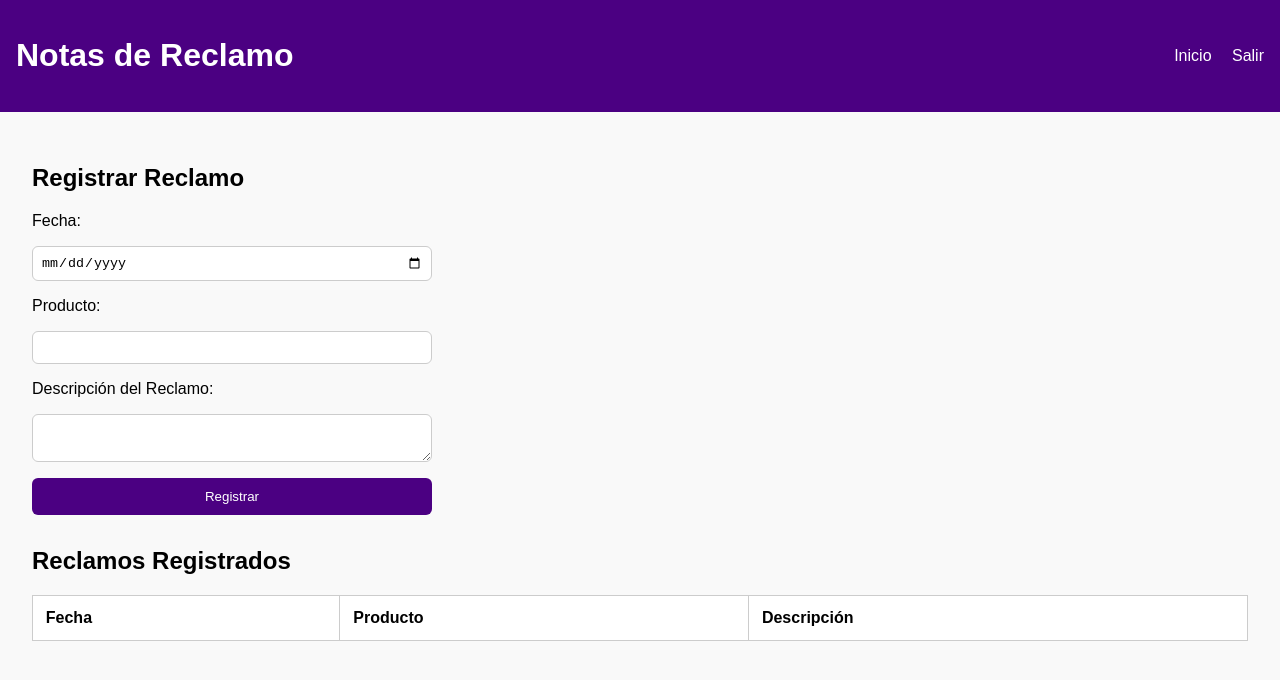
Repository: djkeviin/Mi-primera-chamba
Page: views/reclamos.html
These files come from the project's save history. The page is drawn as it stood at one moment and after the next save; the edit follows.
The browser window is 1280 px wide. The pictures show the whole page.

Above is the page before, as saved 2025-05-02 00:48:23.

### views/reclamos.html
<!DOCTYPE html>
<html lang="es">
<head>
  <meta charset="UTF-8">
  <title>Notas de Reclamo</title>
  <link rel="stylesheet" href="../css/reclamos.css">
</head>
<body>
  <header>
    <h1>Notas de Reclamo</h1>
    <nav>
      <a href="dashboard.html">Inicio</a>
      <a href="../index.html">Salir</a>
    </nav>
  </header>

  <main>
    <section class="formulario">
      <h2>Registrar Reclamo</h2>
      <form id="formReclamo">
        <label for="fecha">Fecha:</label>
        <input type="date" id="fecha" required>

        <label for="producto">Producto:</label>
        <input type="text" id="producto" required>

        <label for="descripcion">Descripción del Reclamo:</label>
        <textarea id="descripcion" required></textarea>

        <button type="submit">Registrar</button>
      </form>
    </section>

    <section class="tabla">
      <h2>Reclamos Registrados</h2>
      <table>
        <thead>
          <tr>
            <th>Fecha</th>
            <th>Producto</th>
            <th>Descripción</th>
          </tr>
        </thead>
        <tbody id="listaReclamos">
          <!-- Reclamos se agregarán aquí -->
        </tbody>
      </table>
    </section>
  </main>

  <script src="../js/reclamos.js"></script>
</body>

### css/reclamos.css
body {
    font-family: Arial, sans-serif;
    background-color: #f9f9f9;
    margin: 0;
    padding: 0;
  }

  header {
    background-color: #4b0082;
    color: white;
    padding: 1rem;
    display: flex;
    justify-content: space-between;
    align-items: center;
  }

  nav a {
    color: white;
    margin-left: 1rem;
    text-decoration: none;
  }

  main {
    padding: 2rem;
  }

  form {
    display: flex;
    flex-direction: column;
    gap: 1rem;
    max-width: 400px;
    margin-bottom: 2rem;
  }

  input, textarea {
    padding: 0.5rem;
    border: 1px solid #ccc;
    border-radius: 6px;
  }

  button {
    padding: 0.7rem;
    background-color: #4b0082;
    color: white;
    border: none;
    border-radius: 6px;
    cursor: pointer;
  }

  button:hover {
    background-color: #6a0dad;
  }

  table {
    width: 100%;
    border-collapse: collapse;
    background-color: white;
  }

  th, td {
    padding: 0.8rem;
    border: 1px solid #ccc;
    text-align: left;
  }

### js/reclamos.js
// Cargar reclamos al iniciar
document.addEventListener("DOMContentLoaded", function () {
    const reclamos = JSON.parse(localStorage.getItem("reclamos")) || [];
    reclamos.forEach(reclamo => agregarFila(reclamo));
  });

  // Agregar reclamo al enviar el formulario
  document.getElementById("formReclamo").addEventListener("submit", function(e) {
    e.preventDefault();

    const producto = this.producto.value;
    const motivo = this.motivo.value;
    const detalles = this.detalles.value;
    const estado = this.estado.value;

    const reclamo = { producto, motivo, detalles, estado };
    agregarFila(reclamo);

    // Guardar en localStorage
    const reclamos = JSON.parse(localStorage.getItem("reclamos")) || [];
    reclamos.push(reclamo);
    localStorage.setItem("reclamos", JSON.stringify(reclamos));

    this.reset();
  });

  // Función para agregar una fila a la tabla
  function agregarFila({ producto, motivo, detalles, estado }) {
    const tabla = document.getElementById("tablaReclamos");
    const fila = document.createElement("tr");

    fila.innerHTML = `
      <td>${producto}</td>
      <td>${motivo}</td>
      <td>${detalles}</td>
      <td>${estado}</td>
      <td>
        <button onclick="cambiarEstado(this)">Cambiar Estado</button>
        <button onclick="eliminarFila(this)">Eliminar</button>
      </td>
    `;

    tabla.appendChild(fila);
  }

  // Cambiar estado entre "Pendiente" y "Resuelto"
  function cambiarEstado(btn) {
    const fila = btn.parentNode.parentNode;
    const estadoCelda = fila.cells[3];
    estadoCelda.textContent = estadoCelda.textContent === "Pendiente" ? "Resuelto" : "Pendiente";
    actualizarLocalStorage();
  }

  // Eliminar fila y actualizar almacenamiento
  function eliminarFila(btn) {
    const fila = btn.parentNode.parentNode;
    fila.remove();
    actualizarLocalStorage();
  }

  // Reescribe el localStorage con los datos actuales de la tabla
  function actualizarLocalStorage() {
    const tabla = document.getElementById("tablaReclamos");
    const nuevasFilas = tabla.querySelectorAll("tr");
    const nuevosDatos = [];

    nuevasFilas.forEach(fila => {
      const celdas = fila.querySelectorAll("td");
      if (celdas.length >= 4) {
        nuevosDatos.push({
          producto: celdas[0].textContent,
          motivo: celdas[1].textContent,
          detalles: celdas[2].textContent,
          estado: celdas[3].textContent,
        });
      }
    });

    localStorage.setItem("reclamos", JSON.stringify(nuevosDatos));
  }

After the next save:
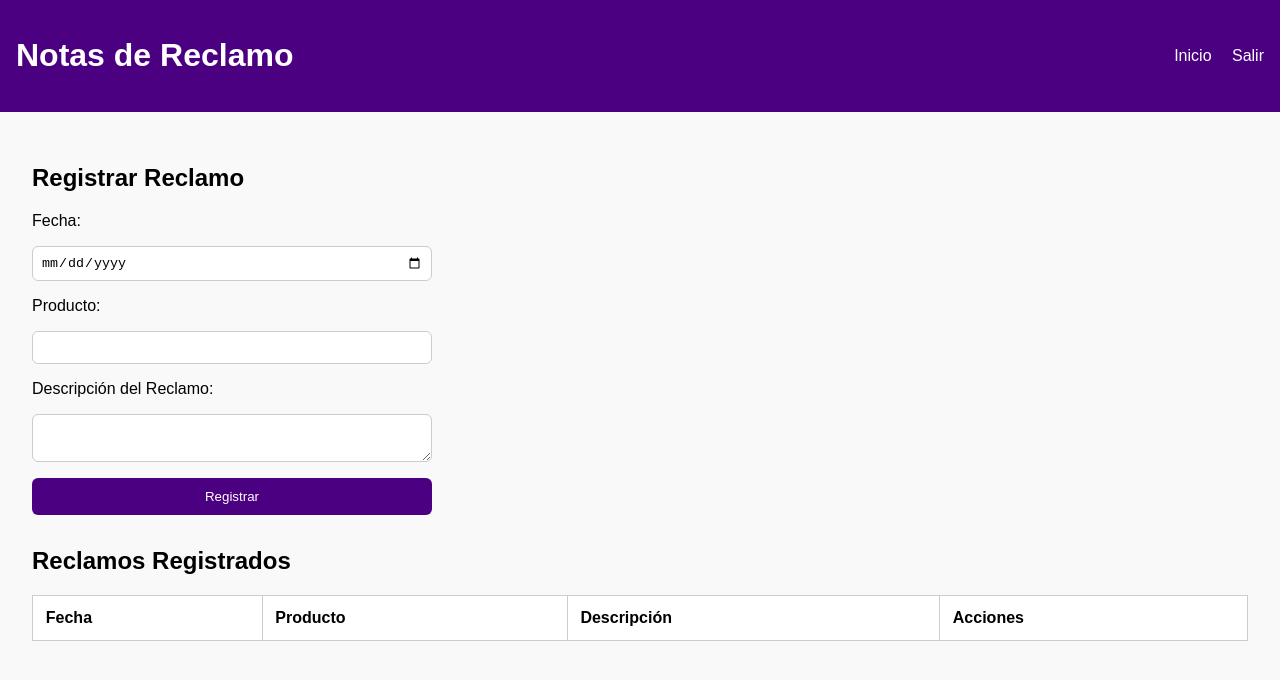
Saved 3 min 11 s later.
--- a/views/reclamos.html
+++ b/views/reclamos.html
@@ -19,13 +19,13 @@
       <h2>Registrar Reclamo</h2>
       <form id="formReclamo">
         <label for="fecha">Fecha:</label>
-        <input type="date" id="fecha" required>
+        <input type="date" id="fecha" name="fecha" required>
 
         <label for="producto">Producto:</label>
-        <input type="text" id="producto" required>
+        <input type="text" id="producto" name="producto" required>
 
         <label for="descripcion">Descripción del Reclamo:</label>
-        <textarea id="descripcion" required></textarea>
+        <textarea id="descripcion" name="descripcion" required></textarea>
 
         <button type="submit">Registrar</button>
       </form>
@@ -39,6 +39,7 @@
             <th>Fecha</th>
             <th>Producto</th>
             <th>Descripción</th>
+            <th>Acciones</th>
           </tr>
         </thead>
         <tbody id="listaReclamos">
@@ -50,3 +51,4 @@
 
   <script src="../js/reclamos.js"></script>
 </body>
+</html>
